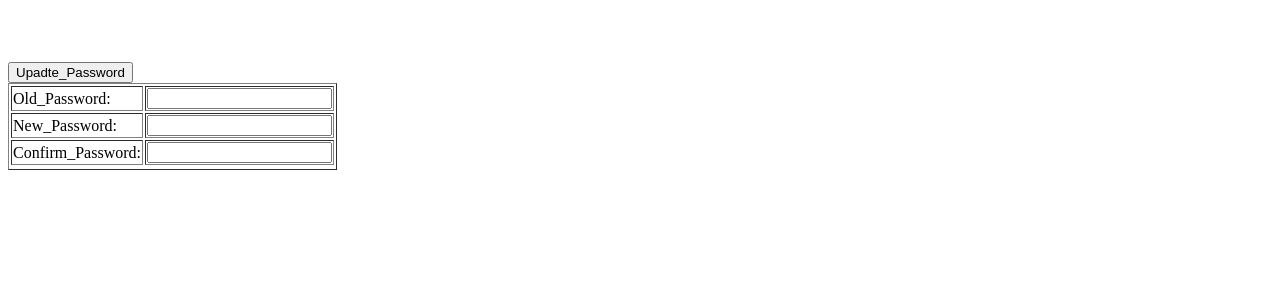
Repository: SarfarazG/java
Page: http://localhost/mailing_system/EditPass.jsp
These files come from the project's save history. The page is drawn as it stood at one moment and after the next save; the edit follows.
The browser window is 1280 px wide. The pictures show the whole page.
The page is served by Tomcat 9.

Above is the page before, as saved 2016-09-05 06:43:48.

After the next save:
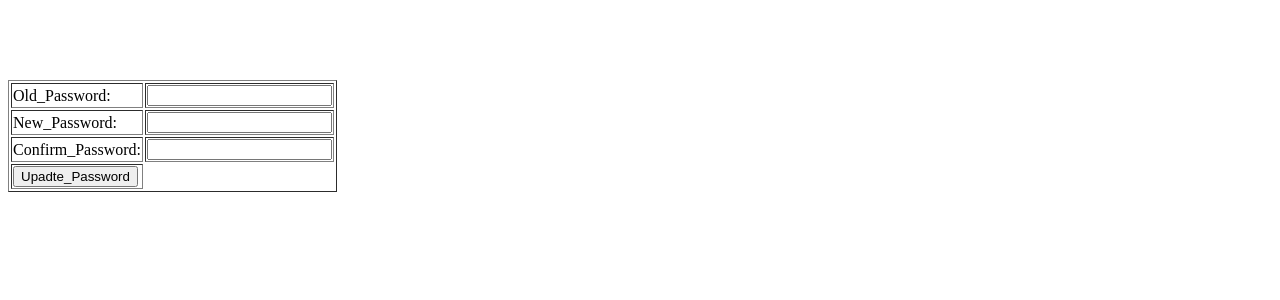
Saved 2 min 30 s later.
--- a/mailing_system/WebContent/EditPass.jsp
+++ b/mailing_system/WebContent/EditPass.jsp
@@ -12,7 +12,7 @@
 <tr><td>Old_Password: </td><td><input type="password" name="oldpass"></td></tr><br>
 <tr><td>New_Password: </td><td><input type="password" name="newpass"></td></tr><br>
 <tr><td>Confirm_Password: </td><td><input type="password" name="confirmpass"></td></tr><br>
-<tr><input type="submit" value="Upadte_Password"></tr><br>
+<tr><td><input type="submit" value="Upadte_Password"></td></tr><br>
 
 
 </table>
